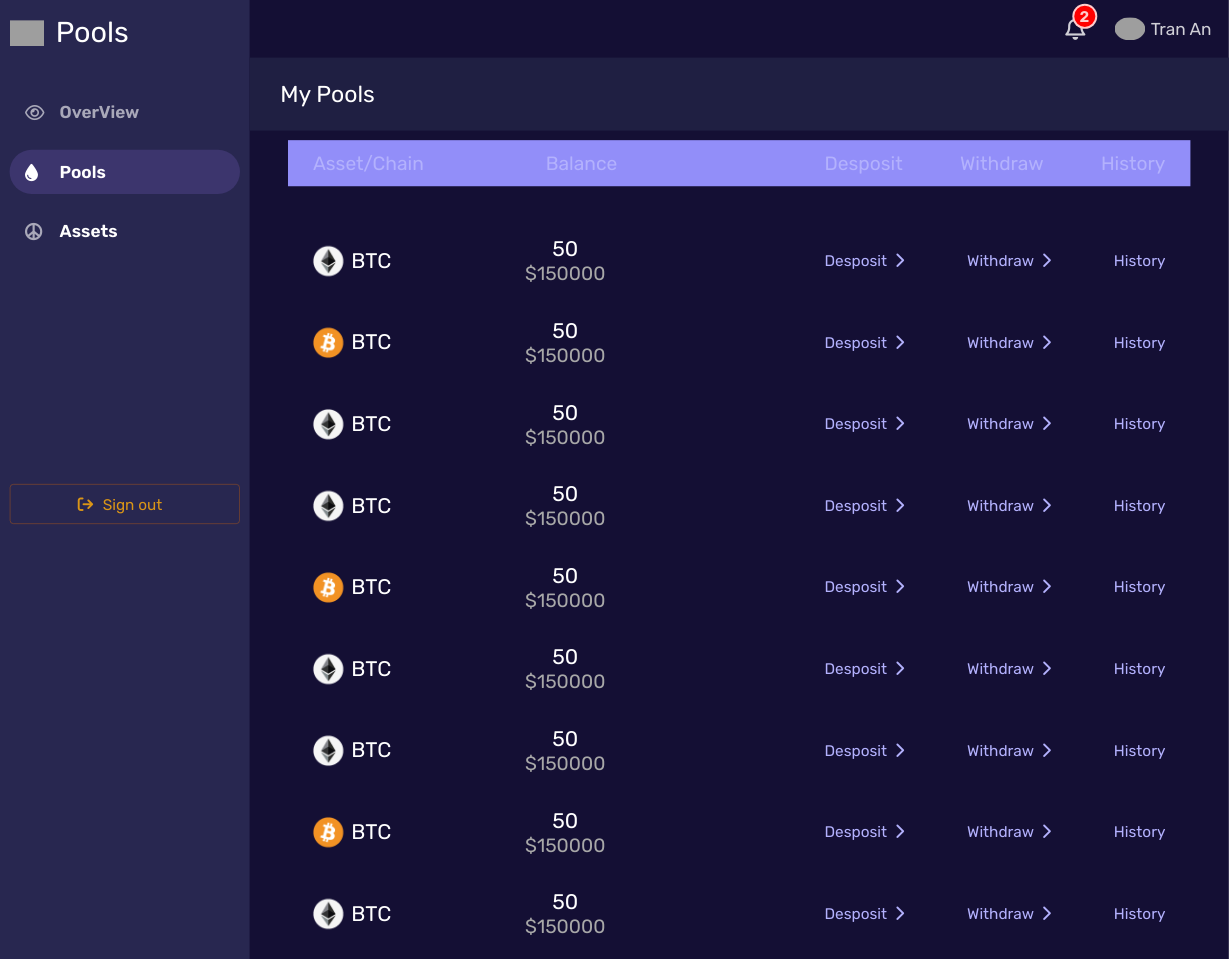
Repository: quynh232000/pools
Page: index.html
An editor plug-in stored every save of this project. The page is shown before and after the next save, followed by the edit.
The browser window is 1280 px wide. The pictures show the whole page, at 96% of full size.
The pointer rests on the first visible `.content-nav`.
Pictures or frames that could not be fetched are drawn as grey boxes.

Above is the page before, as saved 2023-07-13 22:32:54.

### index.html
<!DOCTYPE html>
<html lang="en">
  <head>
    <meta charset="UTF-8" />
    <meta name="viewport" content="width=device-width, initial-scale=1.0" />
    <title>Document</title>

    <link rel="stylesheet" href="./src/css/base.css" />
    <link rel="stylesheet" href="./src/css/style.css" />
    <link
      rel="stylesheet"
      href="https://cdnjs.cloudflare.com/ajax/libs/font-awesome/6.4.0/css/all.min.css"
      integrity="sha512-iecdLmaskl7CVkqkXNQ/ZH/XLlvWZOJyj7Yy7tcenmpD1ypASozpmT/E0iPtmFIB46ZmdtAc9eNBvH0H/ZpiBw=="
      crossorigin="anonymous"
      referrerpolicy="no-referrer"
    />
  </head>
  <body>
    <div class="container">
      <div class="sidebar">
        <div class="sidebar-logo">
          <img src="https://sef-eco.vercel.app/assets/images/logo.png" alt="" />
          <span>Pools</span>
        </div>
        <div class="sidebar-items">
          <div class="sidebar-list">
            <div class="sidebar-item">
              <i class="fa-regular fa-eye"></i>
              <div class="sidebar-item-name">OverView</div>
            </div>
            <div class="sidebar-item sidebar-item-active">
              <i class="fa-solid fa-droplet"></i>
              <a href="/pool.html" class="sidebar-item-name">Pools</a>
            </div>
            <div class="sidebar-item">
              <i class="fa-solid fa-peace"></i>
              <a href="/index.html" class="sidebar-item-name">Assets</a>
            </div>
          </div>

          <div class="sidebar-sign-out">
            <i class="fa-solid fa-arrow-right-from-bracket"></i>
            <div class="sidebar-item-name">Sign out</div>
          </div>
        </div>
      </div>
      <div class="content">
        <div class="header">
          <div class="header-noti">
            <i class="fa-regular fa-bell"></i>
            <div class="header-noti-count">2</div>
          </div>
          <div class="header-user">
            <img
              src="https://static.vecteezy.com/system/resources/previews/002/002/257/original/beautiful-woman-avatar-character-icon-free-vector.jpg"
              alt=""
            />
            <div class="header-user-name">Tran An</div>
          </div>
        </div>
        <!-- body -->
        <div class="content-title">My Pools</div>
        <div class="content-body">
          <div class="content-list">
            <!-- nav -->
            <div class="content-nav">
              <div class="nav-left">
                <div class="nav-left-info">
                  <div class="nav-left-name nav-text">Asset/Chain</div>
                </div>
                <div class="nav-left-balance">
                  <span class="nav-text">Balance</span>
                </div>
                <!-- Coin name -->
              </div>
              <div class="nav-right">
                <span class="nav-text">Desposit </span>
                <span class="nav-text">Withdraw </span>
                <span class="nav-text">History</span>
              </div>
            </div>

            <div class="content-list-body">
              <div class="content-nav">
                <div class="nav-left">
                  <div class="nav-left-info">
                    <img src="./src/img/eth.png" alt="" />
                    <div class="nav-left-name">BTC</div>
                  </div>
                  <div class="nav-left-balance">
                    <span>50</span>
                    <span>$150000</span>
                  </div>
                  <!-- Coin name -->
                </div>
                <div class="nav-right">
                  <span
                    >Desposit <i class="fa-solid fa-chevron-right"></i
                  ></span>
                  <span
                    >Withdraw <i class="fa-solid fa-chevron-right"></i
                  ></span>
                  <span>History</span>
                </div>
              </div>
              <div class="content-nav">
                <div class="nav-left">
                  <div class="nav-left-info">
                    <img src="./src/img/btc (1).png" alt="" />
                    <div class="nav-left-name">BTC</div>
                  </div>
                  <div class="nav-left-balance">
                    <span>50</span>
                    <span>$150000</span>
                  </div>
                  <!-- Coin name -->
                </div>
                <div class="nav-right">
                  <span
                    >Desposit <i class="fa-solid fa-chevron-right"></i
                  ></span>
                  <span
                    >Withdraw <i class="fa-solid fa-chevron-right"></i
                  ></span>
                  <span>History</span>
                </div>
              </div>
              <div class="content-nav">
                <div class="nav-left">
                  <div class="nav-left-info">
                    <img src="./src/img/eth.png" alt="" />
                    <div class="nav-left-name">BTC</div>
                  </div>
                  <div class="nav-left-balance">
                    <span>50</span>
                    <span>$150000</span>
                  </div>
                  <!-- Coin name -->
                </div>
                <div class="nav-right">
                  <span
                    >Desposit <i class="fa-solid fa-chevron-right"></i
                  ></span>
                  <span
                    >Withdraw <i class="fa-solid fa-chevron-right"></i
                  ></span>
                  <span>History</span>
                </div>
              </div>
              <div class="content-nav">
                <div class="nav-left">
                  <div class="nav-left-info">
                    <img src="./src/img/eth.png" alt="" />
                    <div class="nav-left-name">BTC</div>
                  </div>
                  <div class="nav-left-balance">
                    <span>50</span>
                    <span>$150000</span>
                  </div>
                  <!-- Coin name -->
                </div>
                <div class="nav-right">
                  <span
                    >Desposit <i class="fa-solid fa-chevron-right"></i
                  ></span>
                  <span
                    >Withdraw <i class="fa-solid fa-chevron-right"></i
                  ></span>
                  <span>History</span>
                </div>
              </div>
              <div class="content-nav">
                <div class="nav-left">
                  <div class="nav-left-info">
                    <img src="./src/img/btc (1).png" alt="" />
                    <div class="nav-left-name">BTC</div>
                  </div>
                  <div class="nav-left-balance">
                    <span>50</span>
                    <span>$150000</span>
                  </div>
                  <!-- Coin name -->
                </div>
                <div class="nav-right">
                  <span
                    >Desposit <i class="fa-solid fa-chevron-right"></i
                  ></span>
                  <span
                    >Withdraw <i class="fa-solid fa-chevron-right"></i
                  ></span>
                  <span>History</span>
                </div>
              </div>
              <div class="content-nav">
                <div class="nav-left">
                  <div class="nav-left-info">
                    <img src="./src/img/eth.png" alt="" />
                    <div class="nav-left-name">BTC</div>
                  </div>
                  <div class="nav-left-balance">
                    <span>50</span>
                    <span>$150000</span>
                  </div>
                  <!-- Coin name -->
                </div>
                <div class="nav-right">
                  <span
                    >Desposit <i class="fa-solid fa-chevron-right"></i
                  ></span>
                  <span
                    >Withdraw <i class="fa-solid fa-chevron-right"></i
                  ></span>
                  <span>History</span>
                </div>
              </div>
              <div class="content-nav">
                <div class="nav-left">
                  <div class="nav-left-info">
                    <img src="./src/img/eth.png" alt="" />
                    <div class="nav-left-name">BTC</div>
                  </div>
                  <div class="nav-left-balance">
                    <span>50</span>
                    <span>$150000</span>
                  </div>
                  <!-- Coin name -->
                </div>
                <div class="nav-right">
                  <span
                    >Desposit <i class="fa-solid fa-chevron-right"></i
                  ></span>
                  <span
                    >Withdraw <i class="fa-solid fa-chevron-right"></i
                  ></span>
                  <span>History</span>
                </div>
              </div>
              <div class="content-nav">
                <div class="nav-left">
                  <div class="nav-left-info">
                    <img src="./src/img/btc (1).png" alt="" />
                    <div class="nav-left-name">BTC</div>
                  </div>
                  <div class="nav-left-balance">
                    <span>50</span>
                    <span>$150000</span>
                  </div>
                  <!-- Coin name -->
                </div>
                <div class="nav-right">
                  <span
                    >Desposit <i class="fa-solid fa-chevron-right"></i
                  ></span>
                  <span
                    >Withdraw <i class="fa-solid fa-chevron-right"></i
                  ></span>
                  <span>History</span>
                </div>
              </div>
              <div class="content-nav">
                <div class="nav-left">
                  <div class="nav-left-info">
                    <img src="./src/img/eth.png" alt="" />
                    <div class="nav-left-name">BTC</div>
                  </div>
                  <div class="nav-left-balance">
                    <span>50</span>
                    <span>$150000</span>
                  </div>
                  <!-- Coin name -->
                </div>
                <div class="nav-right">
                  <span
                    >Desposit <i class="fa-solid fa-chevron-right"></i
                  ></span>
                  <span
                    >Withdraw <i class="fa-solid fa-chevron-right"></i
                  ></span>
                  <span>History</span>
                </div>
              </div>
            </div>
          </div>
        </div>
      </div>
    </div>
  </body>
</html>

### src/css/base.css
@import url('https://fonts.googleapis.com/css2?family=Rubik:wght@300;400;500;600;700&display=swap');
 :root{
    --primary-color:#fff;
    --text-color:#fff;
    --bg-color:#140f34;
    --bg-item-color:#282750;

 }
*{
    box-sizing: inherit;
}
html,body{
    box-sizing: border-box;
    margin: 0;
    padding: 0;
    font-family: 'Rubik', sans-serif;
    color: var(--text-color);
}
a{
    color: white;
    text-decoration: none;
}

### src/css/style.css
.container{
    width: 100%;
    min-height: 100vh;
    background-color: var(--bg-color);
    display: flex;
}
.sidebar{
    width: 20%;
    min-width: 260px;
    max-width: 400px;
    display: flex;
    flex-direction: column;
    min-height: 100vh;
    background-color: var(--bg-item-color);
}
.sidebar-logo{
    display: flex;
    width: 100%;
    align-items: center;
    padding: 16px 10px;
}
.sidebar-logo img{
    width: 15%;
}
.sidebar-logo span{
    font-size: 30px;
    color: var(--primary-color);
    margin-left: 12px;

}
.sidebar-items{
    padding: 26px 10px;
    display: flex;
    flex-direction: column;
    justify-content: space-between;
    min-height: 70vh;
}
.sidebar-list{

}
.sidebar-item{
    font-size: 18px;
    display: flex;
    align-items: center;
    padding: 12px 16px;
    border-radius: 40px;
    color: rgb(255 255 255/.6);
    margin-bottom: 16px;
    font-weight: 600;
    transition: color .3s;
}
.sidebar-item:hover{
    cursor: pointer;
    color: rgb(255 255 255/.8);
}
.sidebar-item-active{
    background-color:#3c356d ;
    color: var(--text-color);
}
.sidebar-item i{
    min-width: 36px;
}
.sidebar-sign-out{
    display: flex;
    align-items: center;
    color: rgb(218, 149, 23);
    text-align: center;
    border: 1px solid rgba(202, 98, 12,.4);
    justify-content: center;
    padding-right: 10px;
    border-radius: 4px;
    transition: color border .3s;
}
.sidebar-sign-out:hover{
    cursor: pointer;
    color: rgb(253, 166, 5);
    border: 1px solid rgba(202, 98, 12,.5);
}
.sidebar-sign-out i{
    margin-right: 10px;
    padding: 12px 0;
}

.content{
    width: 85%;
    min-height: 100vh;
    /* background-color: var(--bg-color); */
}
.header{
    display: flex;
    justify-content: flex-end;
    padding: 18px;
    color: rgb(255 255 255/.8);
    align-items: center;
}
.header-user{
    display: flex;
    align-items: center;
    font-size: 18px;

}
.header-user img {
    width: 32px;
    border-radius: 50%;
    margin-right: 6px;
}
.header-noti{
    display: flex;
    margin-right: 30px;
    font-size: 20px;
    position: relative;
    font-size: 24px;
}
.header-noti-count{
    width: 26px;
    height: 26px;
    position: absolute;
    top: -14px;
    left: 7px;
    border: 2px solid  rgb(255 255 255/.8);
    text-align: center;
    border-radius: 50%;
    font-size: 16px;
    display: flex;
    align-items: center;
    justify-content: center;
    background-color: var(--bg-color);
    background-color: red;
    font-weight: 600;

}
.content-title{
    background-color: #1f1f42;
    padding: 24px 32px;
    font-size: 24px;
}
.content-list{
    display: flex;
    flex-direction: column;
    align-items: center;
    padding: 0 40px;
}
.content-list-body{
    width: 100%;
    margin-top: 20px;

}
.content-nav{
    width: 100%;
    display: flex;
    justify-content: space-between;
    padding: 12px 26px;
    margin: 10px 0;
    transition: background-color .3s ;
}
.content-nav:hover{
    background-color: #928ef9;
}
.nav-left{
    width: 50%;
    display: flex;
    align-items: center;
    justify-content: space-between;
    font-size: 22px;

}
.nav-left-info{
    display: flex;
    align-items: center;
}
.nav-left-info img{
    width: 32px;
    margin-right: 8px;
}
.nav-left-name{
    font-size: 22px;
}
.nav-left-balance{
    display: flex;
    flex-direction: column;
    align-items: center;
    flex: 1;
}
.nav-left-balance span:nth-child(2){
    font-size: 20px;
    color: #a8a8a8;
}


.nav-right{
    width: 40%;
    display: flex;
    justify-content: space-between;
    align-items: center;
    color: #b3b1fd;
}
.nav-right span{
    transition: color .3s;
}
.nav-right span i{
    font-size: 16px !important;
    margin-left: 4px;
}
.nav-right span:hover{
    color:#f8c2b0;
    cursor: pointer;
}
.nav-text{
    color: #b3b1fd;
    font-size: 20px;
}
.nav-right .nav-tex:hover{
    color: #b3b1fd !important;
    cursor: no-drop;
}

After the next save:
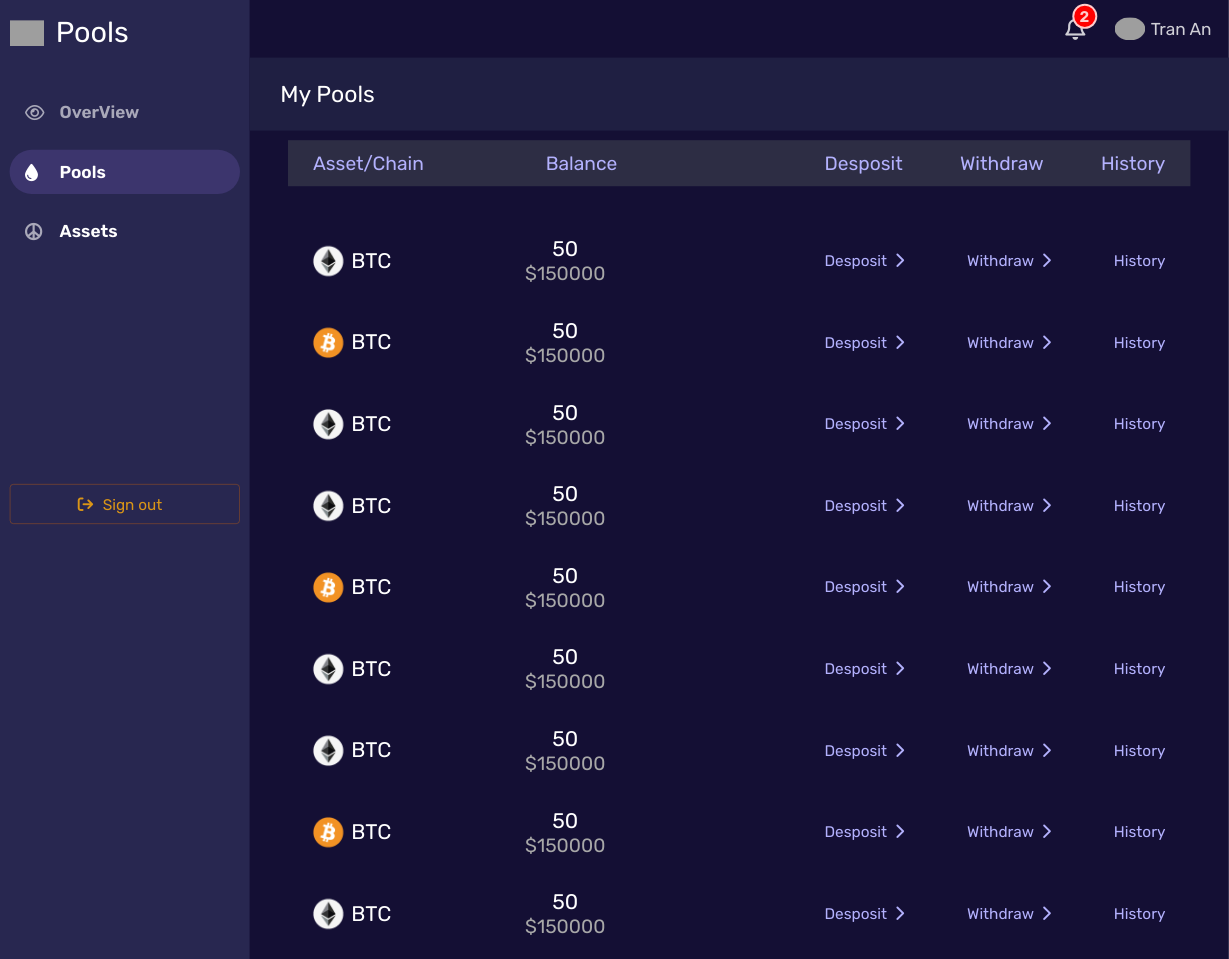
Saved 17 s later.
--- a/src/css/style.css
+++ b/src/css/style.css
@@ -154,7 +154,7 @@
     transition: background-color .3s ;
 }
 .content-nav:hover{
-    background-color: #928ef9;
+    background-color: #2d2d44;
 }
 .nav-left{
     width: 50%;
